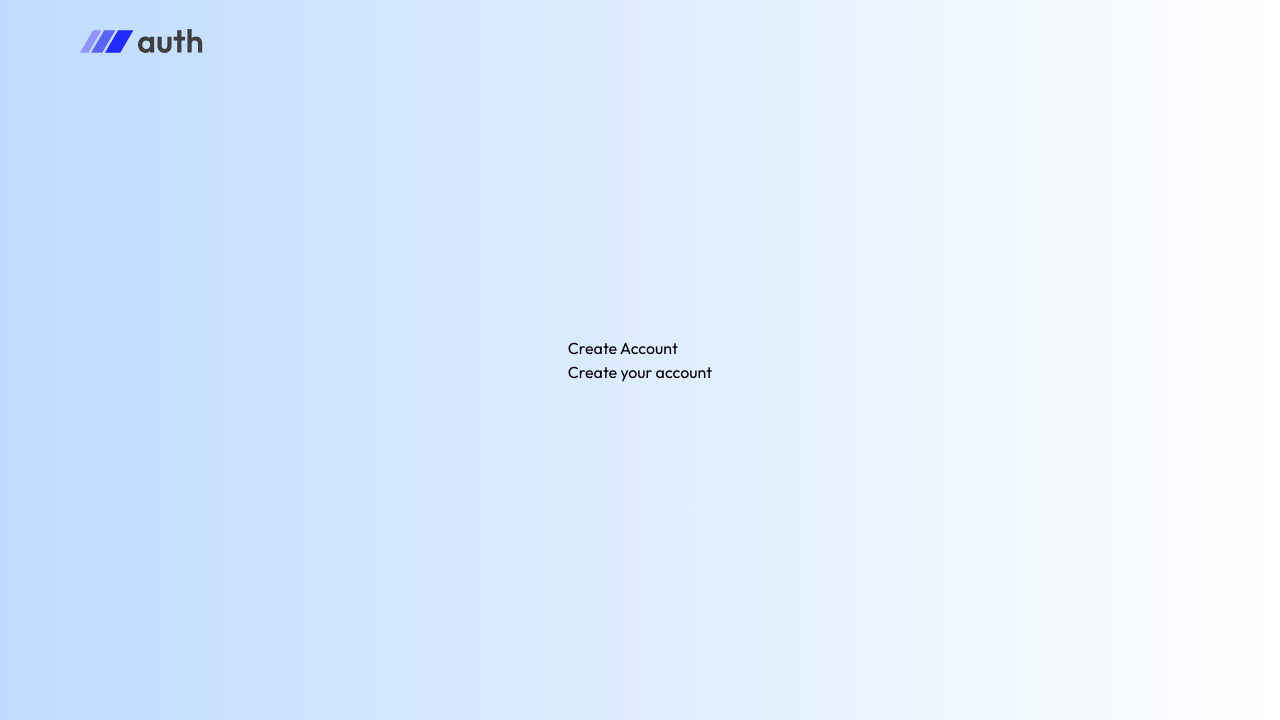
Repository: AuthnSapuarachchi/AuthnticationApplication-MERN-Stack
Page: /login (app in client/)
An editor plug-in stored every save of this project. The page is shown before and after the next save, followed by the edit.
The browser window is 1280 px wide. The pictures show the whole page.
The project was rebuilt for these pictures with package versions that can differ from the ones it lists, and the page was loaded fresh each time. Also part of the build but not shown: client/vite.config.js, client/src/components/NavBar.jsx, client/src/components/Header.jsx, client/src/pages/home.jsx, client/src/pages/ResetPassword.jsx, client/src/pages/EmailVerify.jsx.

Above is the page before, as saved 2025-07-31 12:01:30.

### client/index.html
<!doctype html>
<html lang="en">
  <head>
    <meta charset="UTF-8" />
    <link rel="icon" type="image/svg+xml" href="/favicon.svg" />
    <meta name="viewport" content="width=device-width, initial-scale=1.0" />
    <title>AuthCodeLab - MERN AUTH</title>
  </head>
  <body>
    <div id="root"></div>
    <script type="module" src="/src/main.jsx"></script>
  </body>
</html>

### client/src/main.jsx
import { StrictMode } from 'react'
import { createRoot } from 'react-dom/client'
import './index.css'
import App from './App.jsx'
import { BrowserRouter } from 'react-router-dom';

createRoot(document.getElementById('root')).render(
  <BrowserRouter>
    <App />
  </BrowserRouter>,
)

### client/src/index.css
@import url('https://fonts.googleapis.com/css2?family=Outfit:wght@100..900&display=swap');
@import "tailwindcss";

*{
  font-family: "Outfit", sans-serif;
}

### client/src/App.jsx
import React from 'react'
import { Routes, Router, Route } from 'react-router-dom'
import Home from './pages/home'
import Login from './pages/login'
import ResetPassword from './pages/ResetPassword'
import EmailVerify from './pages/EmailVerify'

const App = () => {
  return (
    <div>
      <Routes>
        <Route path='/' element={<Home />} />
        <Route path='/login' element={<Login />} />
        <Route path='/reset-password' element={<ResetPassword />} />
        <Route path='/email-verify' element={<EmailVerify />} />
      </Routes>
    </div>
  )
}

export default App

### client/src/pages/login.jsx
import React, { useState } from 'react'
import { assets } from '../assets/assets';

const Login = () => {
  const [state, setState] = useState('Sign Up');

  return (
    <div className='flex items-center justify-center min-h-screen px-6 sm:px-0 bg-gradient-to-r from-blue-200 to-b relative'>
      <img src={assets.logo} alt="" className='absolute left-5 sm:left-20
      top-5 w-28 sm:w-32 cursor-pointer' />
      <div>
        <h2>{state === 'Sign Up' ? 'Create Account' : 'Login'}</h2>
        <p>{state === 'Sign Up' ? 'Create your account' : 'Login to your account'}</p>
      </div>
    </div>
  )
}

export default Login

### client/src/assets/assets.js
import arrow_icon from './arrow_icon.svg'
import lock_icon from './lock_icon.svg'
import logo from './logo.svg'
import mail_icon from './mail_icon.svg'
import person_icon from './person_icon.svg'
import hand_wave from './hand_wave.png'
import header_img from './header_img.png'

export const assets = {
    arrow_icon,
    lock_icon,
    logo,
    mail_icon,
    person_icon,
    hand_wave,
    header_img
}

After the next save:
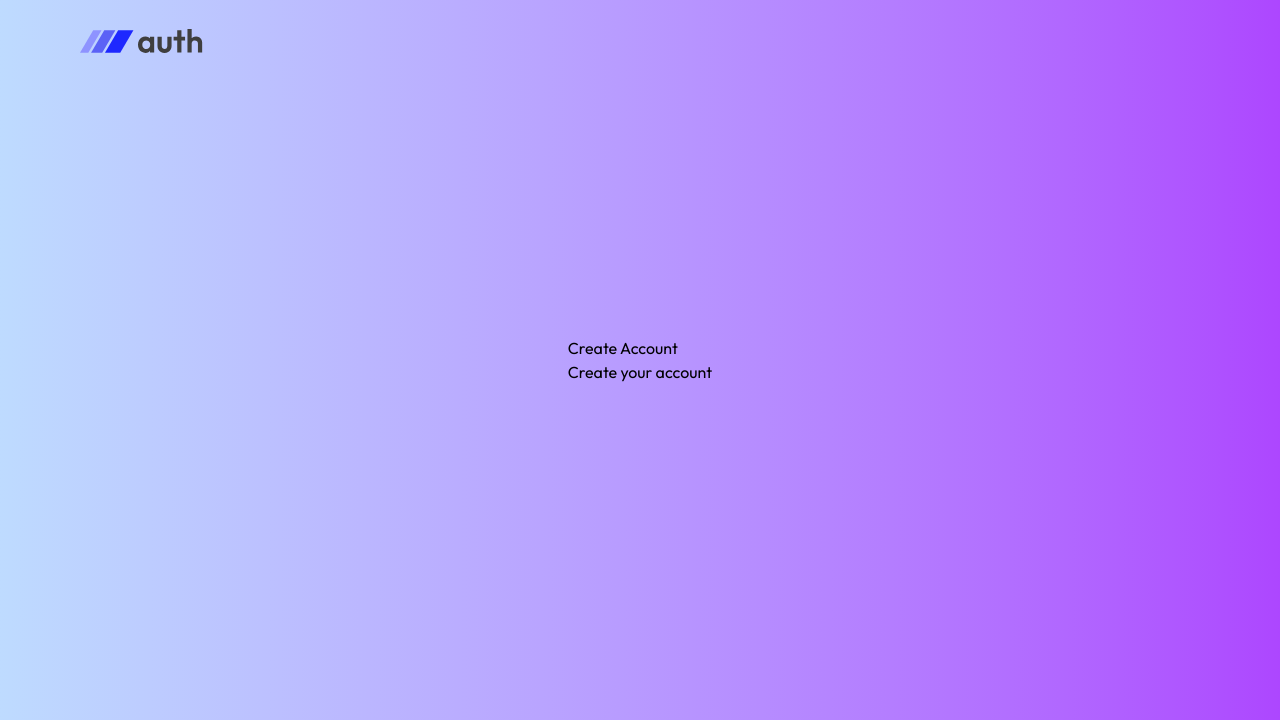
Saved 4 s later.
--- a/client/src/pages/login.jsx
+++ b/client/src/pages/login.jsx
@@ -5,7 +5,7 @@ const Login = () => {
   const [state, setState] = useState('Sign Up');
 
   return (
-    <div className='flex items-center justify-center min-h-screen px-6 sm:px-0 bg-gradient-to-r from-blue-200 to-b relative'>
+    <div className='flex items-center justify-center min-h-screen px-6 sm:px-0 bg-gradient-to-r from-blue-200 to-purple-500 relative'>
       <img src={assets.logo} alt="" className='absolute left-5 sm:left-20
       top-5 w-28 sm:w-32 cursor-pointer' />
       <div>
